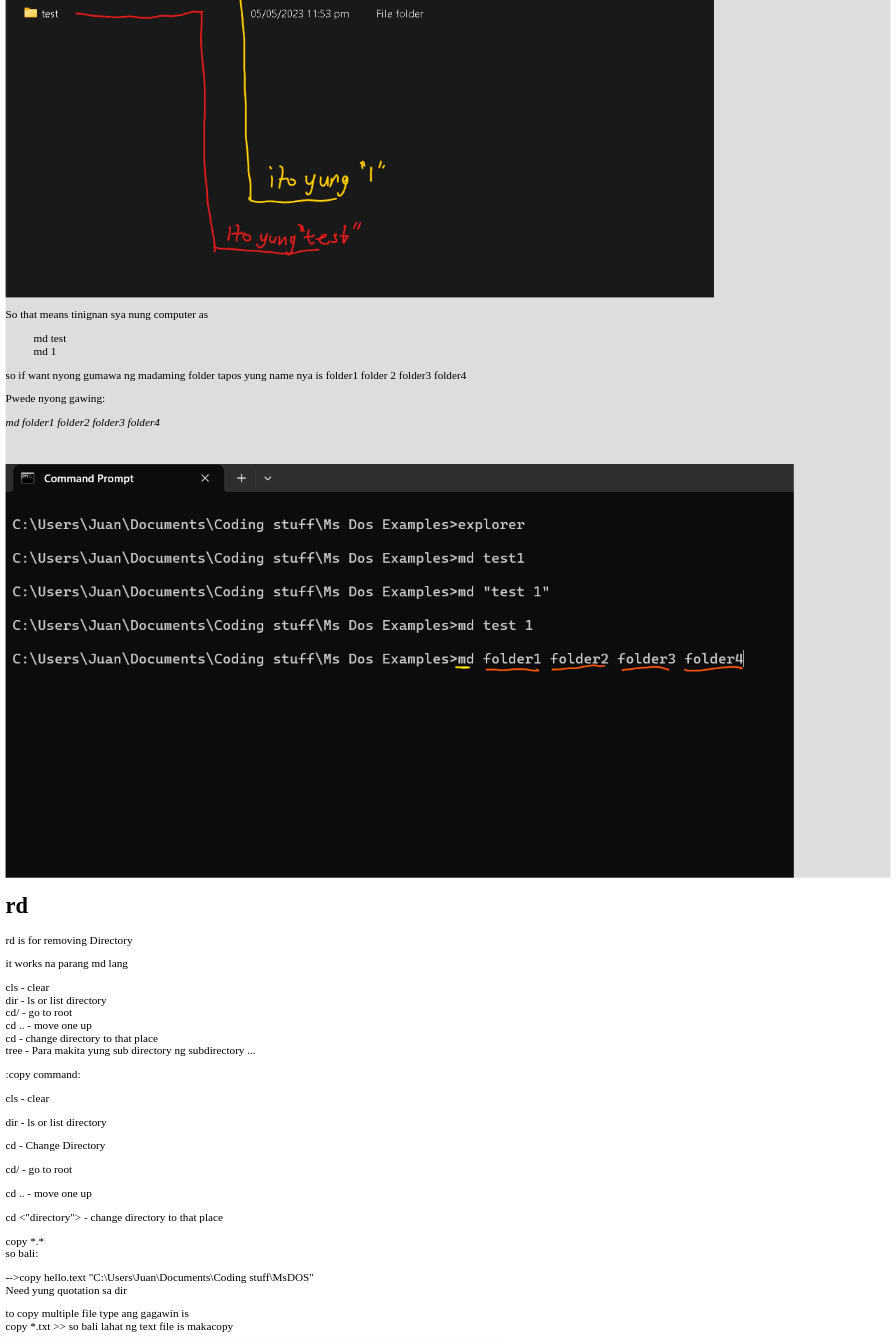
Repository: zwainer/Comprog
Page: index.html
The author's editor kept a copy of each file at every save. The page is drawn from the files as they stood at one save, then again after the next save.
The browser window is 1280 px wide. The pictures show the part of the page from y = 3717 to 5637 px (the page is 5637 px tall), at 70% of full size.

Above is the page before, as saved 2023-05-06 00:33:54.

### index.html
<html>
	<head>
		<link rel="stylesheet" href="index.css">
	</head>
<body>

	<div class="header">

		<h1 class="mainHead">Comprog Notes Ko</h1>

	</div>

	<div class="makeDir">
		<!-- make dir part -->

		<p class="StartCommand">
			md
			<br/>

		</p>

		<p>md means make directory <br/>
		</p>
		<p>To use it :
			<dl>
				<dd>
					write md then
				</dd>

				<dd>
					yung name nung folder
				</dd>
			</dl>

		<br/>
		</p>


		</p>

		<img src="pictures/1_1.png">

		<p>Ito yung Output <br/></p>


		<img src="pictures/2.png">

		<h2>What if gusto nyong may space yung folder name<br/></h2>
		<dl>
			<dd>
				<p> To do it, need nyong lagyan ng "" quotation mark yung folder name nyo<br/></p>
			</dd>

			<dd>
				<p> So bali magiging cd "test 1"<br/></p>
			</dd>
		</dl>

		<img src="pictures/3.png">

		<p>Ito yung Output <br/></p>

		<img src="pictures/4.png">


		<h2>What will happen pag walang "" <-- ganire<br/></h2>

		<p>Gagawa sya ng multiple folder<br/></p>

		<img src="pictures/5.png">

		<p>Ito yung output<br/></p>

		<img src="pictures/6.png">

		<p>So that means tinignan sya nung computer as <br/>

			<dl>
				<dd>
					md test <br/>
				</dd>

				<dd>
					md 1<br/></p>
				</dd>
			</dl>

			<p>so if want nyong gumawa ng madaming folder tapos yung name nya is folder1 folder 2 folder3 folder4<br/></p>

			<p>Pwede nyong gawing: <p class="importantNote">md folder1 folder2 folder3 folder4</p> <br/> </p>

			<img src="pictures/7.png">


	</div>



	<!-- remove naman ng directory na part -->
	<div>
		<h1>rd    <br/> </h1>

 		<p>rd is for removing Directory<br/></p>

 		<p> it works na parang md lang<br/></p>

	</div>
		 	<!-- clear ng cmd para di makalat -->
cls - clear<br/>
	<!-- Show the directory -->

dir - ls or list directory<br/>

<!-- cd stuff -->

cd/ - go to root<br/>

cd .. - move one up<br/>

cd <directory> - change directory to that place<br/>
<!-- tree momints -->


tree - Para makita yung sub directory ng subdirectory ...<br/>
<!-- copy command -->

<p >:copy command:<br/></p>
<p >cls - clear<br/></p>

<p >dir - ls or list directory<br/></p>

<p >cd - Change Directory<br/></p>


<p >cd/ - go to root<br/></p>

<p>cd .. - move one up<br/></p>

<p >cd <"directory"> - change directory to that place<br/></p>






<p>copy *.*<br/>

	so bali: <br/></p>
		<p>
				-->copy hello.text "C:\Users\Juan\Documents\Coding stuff\MsDOS"<br/>
			Need yung quotation sa dir
			<br/>
		</p>

		<p>
	to copy multiple file type ang gagawin is </br>
	copy *.txt >> so bali lahat ng text file is makacopy</br>



		</p>

	</body>
</html>

### index.css
.mainHead{
    color: white ;
    background-color: black;
    font-size: 40px;
    font-family: 'Arial Narrow Bold';
    text-align: center ;
    padding: 14px;

}


.makeDir{

    background-color: rgb(221, 221, 221) ;
    padding: 0%;
    margin: 0%;
}



.StartCommand{
    font-size: 30px;
    font-family: 'Franklin Gothic Medium';
    font-weight: bold;
}

.importantNote{
    font-style: italic;
}

After the next save:
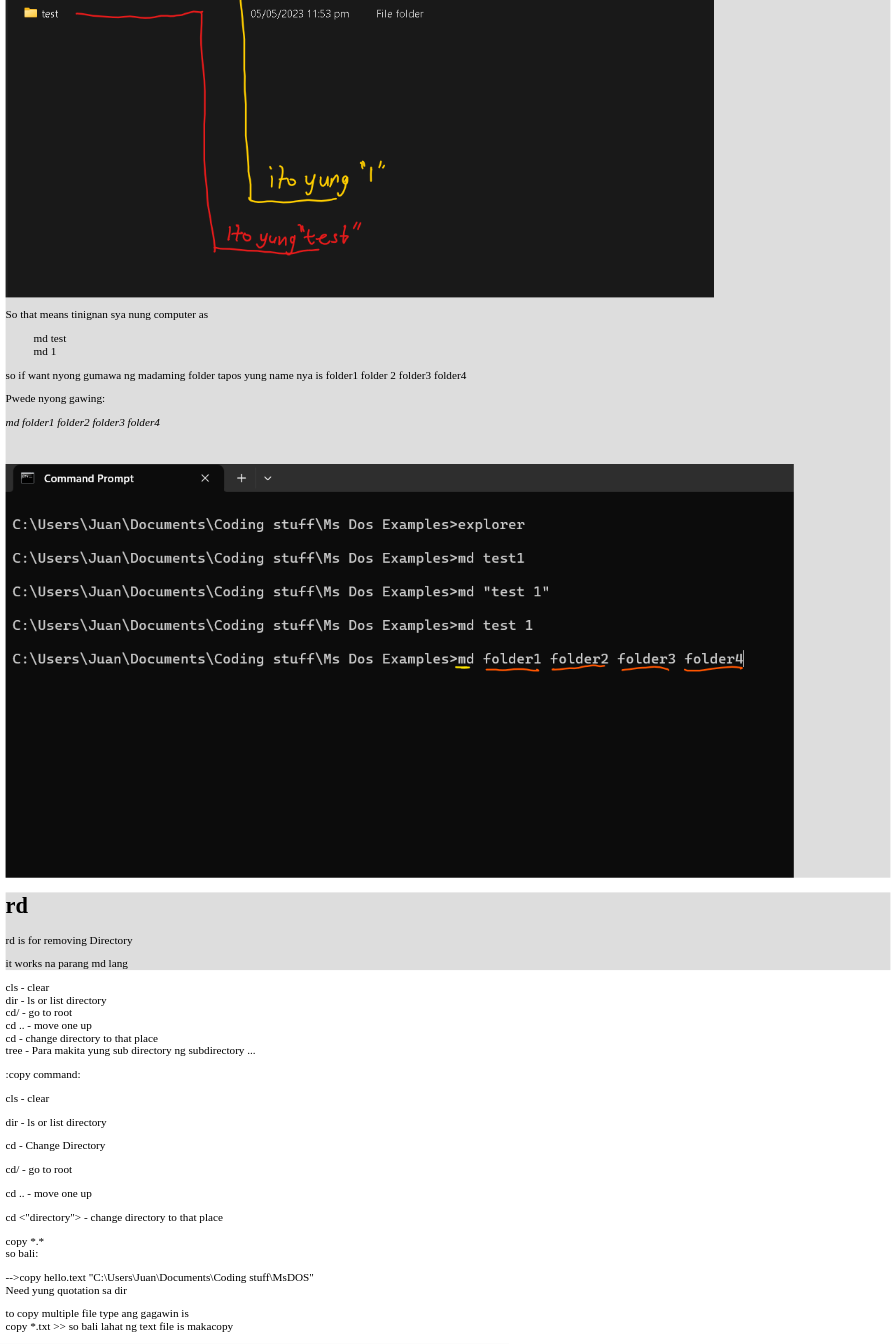
Saved 16 s later.
--- a/index.html
+++ b/index.html
@@ -97,7 +97,7 @@
 
 
 	<!-- remove naman ng directory na part -->
-	<div>
+	<div class="makeDir">
 		<h1>rd    <br/> </h1>
 
  		<p>rd is for removing Directory<br/></p>

After the 2 saves that followed:
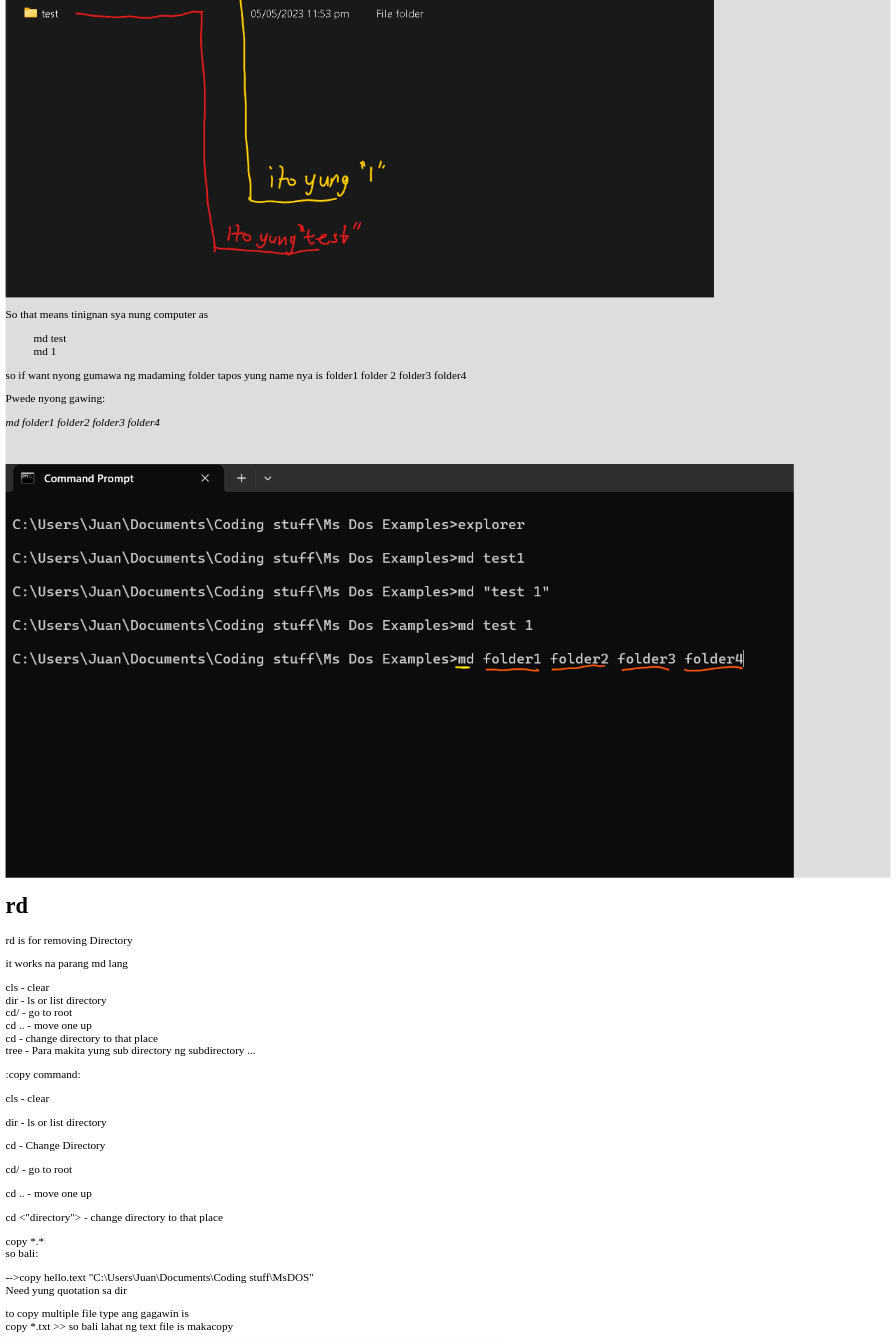
The 2 saves are shown as one change because they came seconds apart.
The last was saved 5 s later.
--- a/index.html
+++ b/index.html
@@ -97,7 +97,7 @@
 
 
 	<!-- remove naman ng directory na part -->
-	<div class="makeDir">
+	<div class="remDir">
 		<h1>rd    <br/> </h1>
 
  		<p>rd is for removing Directory<br/></p>
